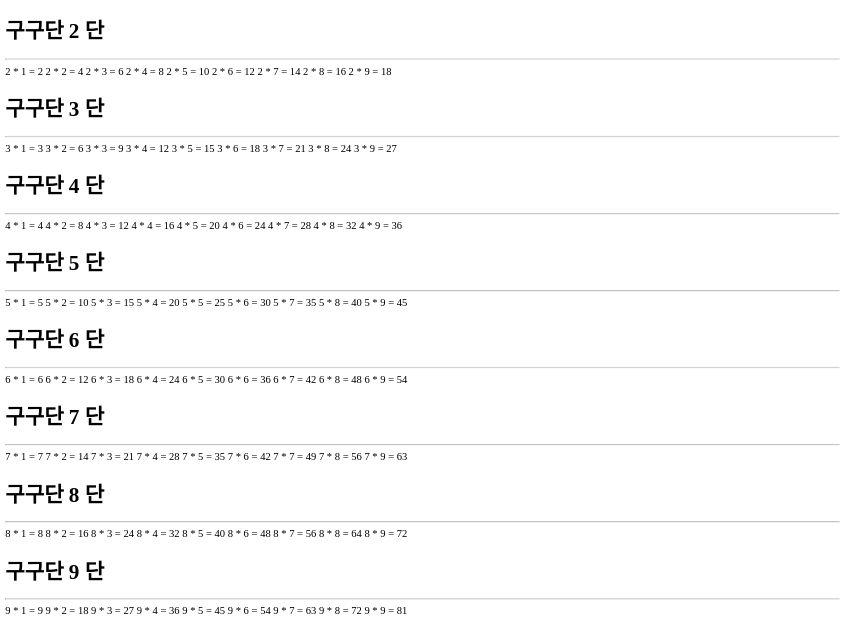
Repository: GITJIWOO/JavaBasic
Page: http://localhost/JSPBasic/gugudan.jsp
An editor plug-in stored every save of this project. The page is shown before and after the next save, followed by the edit.
The browser window is 1280 px wide. The pictures show the whole page, at 66% of full size.
The page is served by Tomcat 9.

Above is the page before, as saved 2021-07-29 03:22:48.

After the next save:
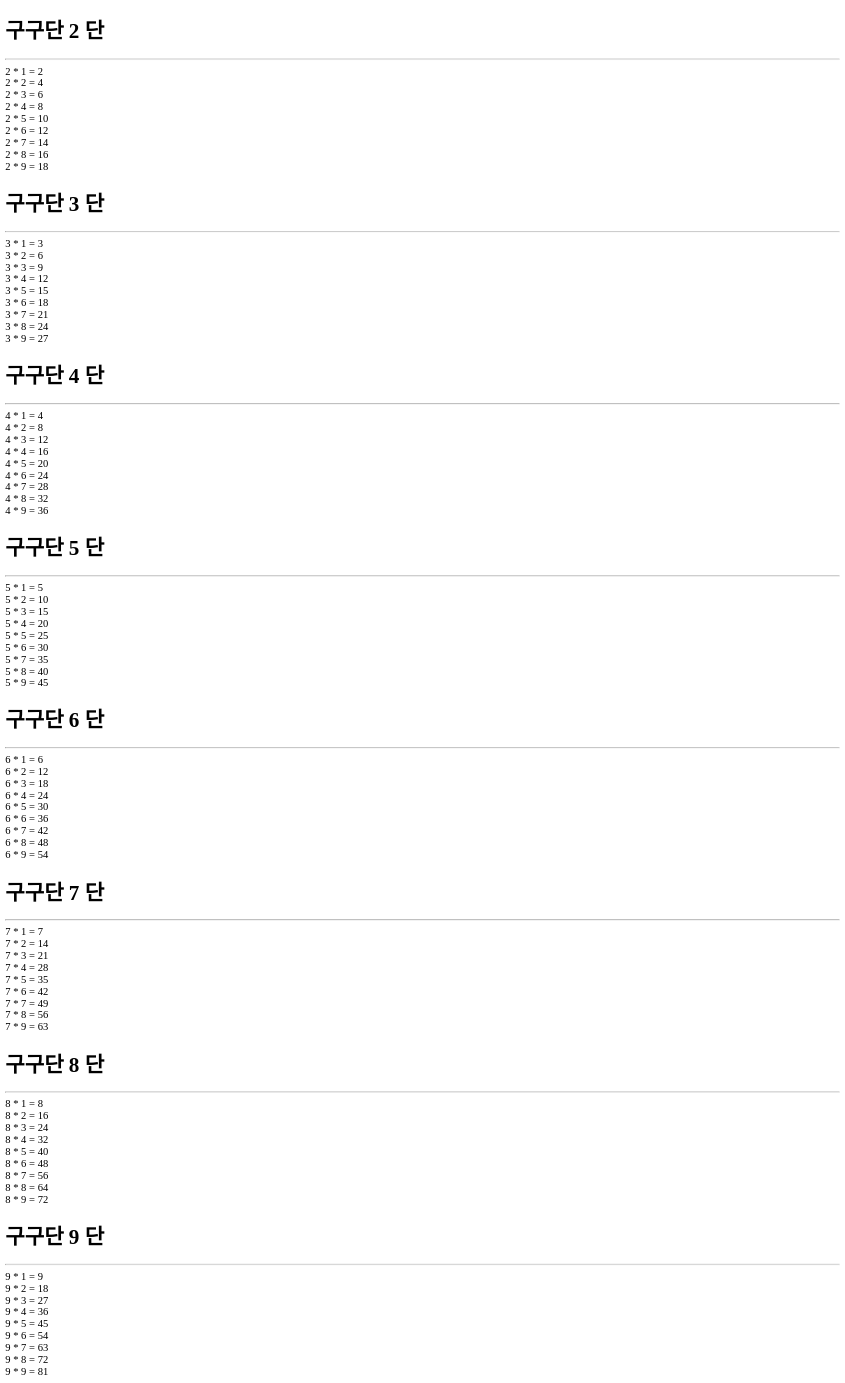
Saved 2 min 6 s later.
--- a/JSPBasic/WebContent/gugudan.jsp
+++ b/JSPBasic/WebContent/gugudan.jsp
@@ -13,8 +13,7 @@
 		<hr>
 		<%
 		for(int j = 1; j <= 9; j++) {
-		out.println(i + " * " + j + " = " + (j * i));
-		out.println();
+		out.println(i + " * " + j + " = " + (j * i) + "<br>");
 		}
 	}
 	%>
